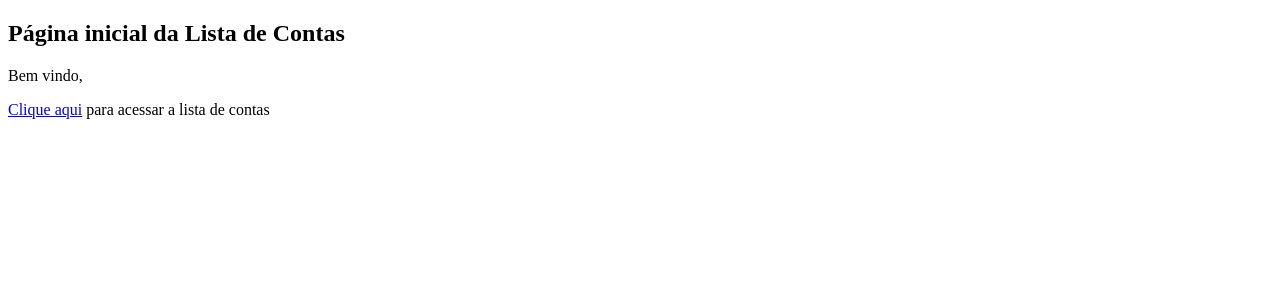
Repository: jjduarte/treinamento
Page: http://localhost/contas/WEB-INF/views/menu.jsp
The author's editor kept a copy of each file at every save. The page is drawn from the files as they stood at one save, then again after the next save.
The browser window is 1280 px wide. The pictures show the whole page.
The page is served by Tomcat 9. Nobody is signed in. Other server files are loaded and not shown. The template is opened directly, without the code that normally fills it, so the values that code supplies are empty.

Above is the page before, as saved 2015-03-06 21:11:40.

### contas/WebContent/WEB-INF/views/menu.jsp
<%@ page language="java" contentType="text/html; charset=UTF-8"
    pageEncoding="UTF-8"%>
<!DOCTYPE html PUBLIC "-//W3C//DTD HTML 4.01 Transitional//EN" "http://www.w3.org/TR/html4/loose.dtd">
<html>
<head>
<meta http-equiv="Content-Type" content="text/html; charset=UTF-8">
<title>Menu de Contas</title>
</head>
<body>
<h2>Página inicial da Lista de Contas</h2>
<p>Bem vindo, ${usuarioLogado.login}</p>
<a href="listaContas">Clique aqui</a> para acessar a lista de contas
</body>
</html>

After the next save:
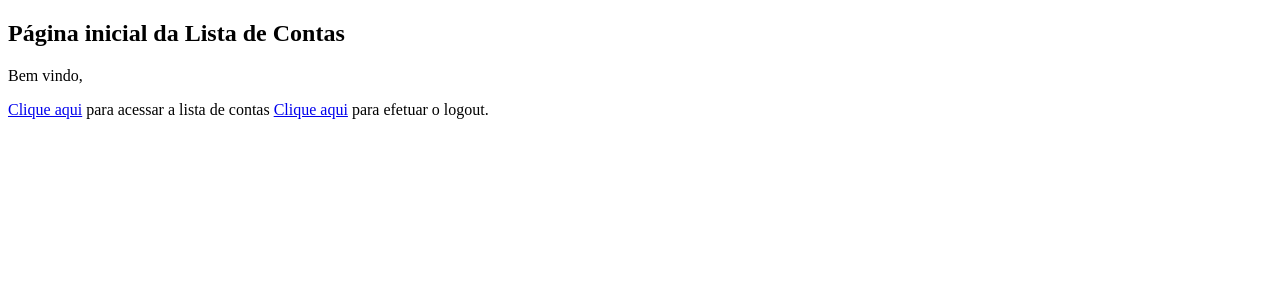
Saved 60 s later.
--- a/contas/WebContent/WEB-INF/views/menu.jsp
+++ b/contas/WebContent/WEB-INF/views/menu.jsp
@@ -10,5 +10,6 @@
 <h2>Página inicial da Lista de Contas</h2>
 <p>Bem vindo, ${usuarioLogado.login}</p>
 <a href="listaContas">Clique aqui</a> para acessar a lista de contas
+<a href="efetuaLogout">Clique aqui</a> para efetuar o logout.
 </body>
 </html>
